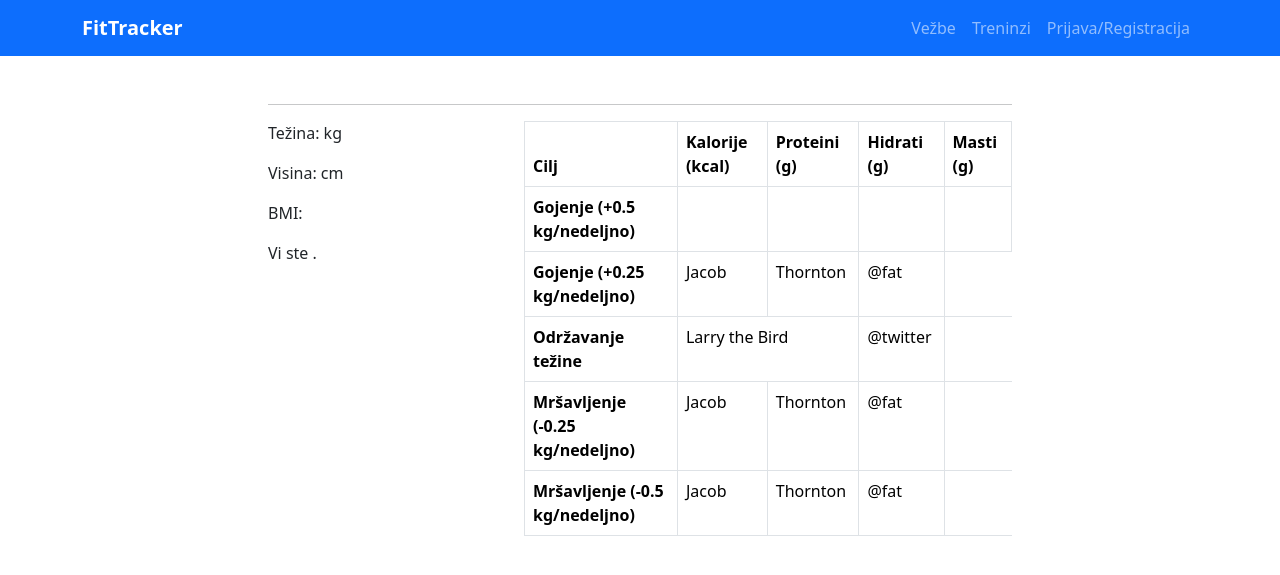
Repository: M1K1B/FitTracker
Page: http://localhost/FitTrackerWeb/profil.jsp
The author's editor kept a copy of each file at every save. The page is drawn from the files as they stood at one save, then again after the next save.
The browser window is 1280 px wide. The pictures show the whole page.
The page is served by Tomcat 9. The template is opened directly, without the code that normally fills it, so the values that code supplies are empty.

Above is the page before, as saved 2024-02-02 11:24:44.

After the next save:
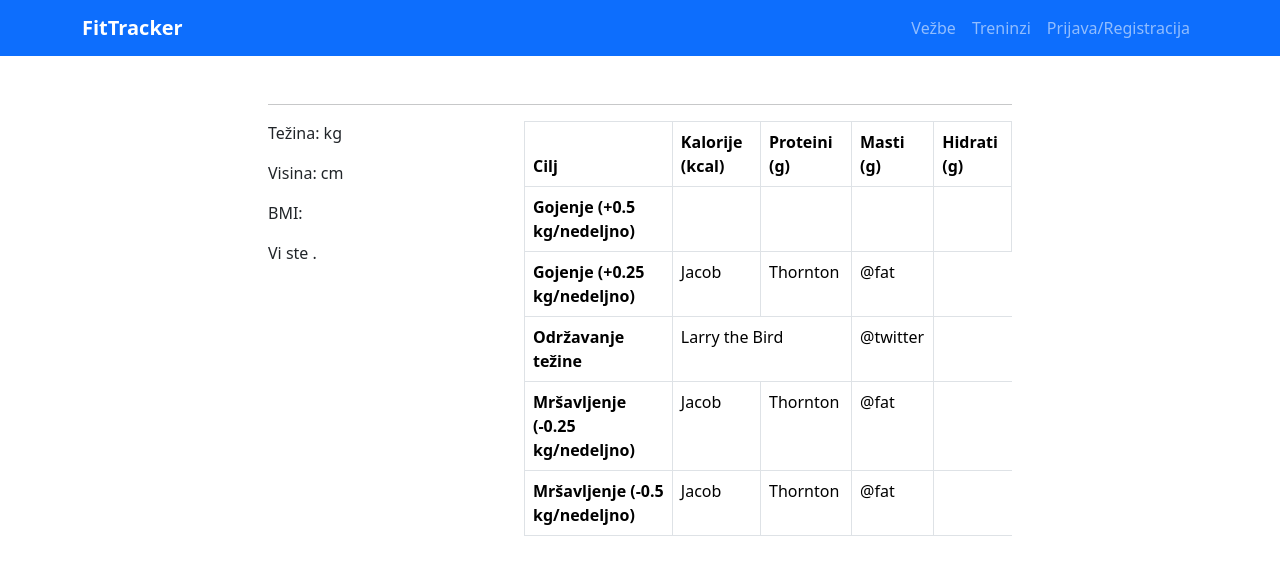
Saved 21 s later.
--- a/FitTrackerWeb/src/main/webapp/profil.jsp
+++ b/FitTrackerWeb/src/main/webapp/profil.jsp
@@ -50,8 +50,8 @@
 								<th scope="col">Cilj</th>
 								<th scope="col">Kalorije (kcal)</th>
 								<th scope="col">Proteini (g)</th>
+								<th scope="col">Masti (g)</th>
 								<th scope="col">Hidrati (g)</th>
-								<th scope="col">Masti (g)</th>
 							</tr>
 						</thead>
 						<tbody>
